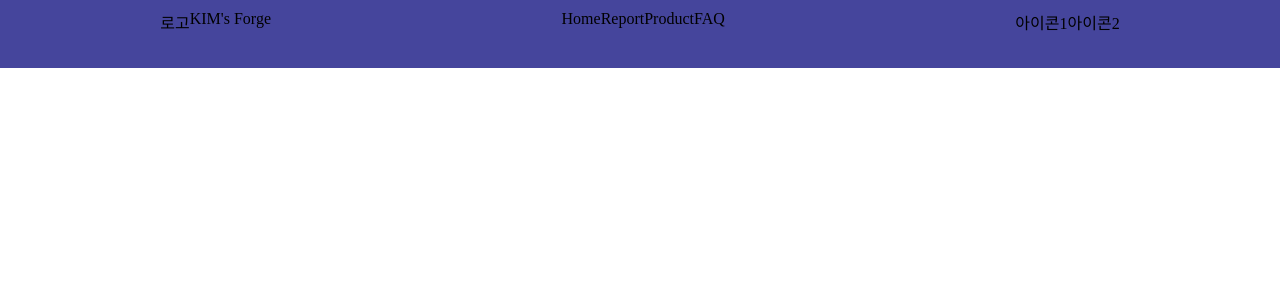
Repository: rlatlswo135/header_project
Page: header.html
These files come from the project's save history. The page is drawn as it stood at one moment and after the next save; the edit follows.
The browser window is 1280 px wide. The pictures show the whole page.
Some web libraries are served in a nearby version.

Above is the page before, as saved 2021-05-30 21:12:16.

### header.html
<!DOCTYPE html>
<html>
    <head>
        <link rel="stylesheet" href="header.css"/>
    </head>
    <body>
        <div class="header_container">
            <div class="header_logobox">
                <div>로고</div>
                <div>KIM's Forge</div>
            </div>
            <div class="header_menubox">
                <ul class="header_menu">
                    <li>Home</li>
                    <li>Report</li>
                    <li>Product</li>
                    <li>FAQ</li>
                </ul>
            </div>
            <div class="header_iconbox">
                <div>아이콘1</div>
                <div>아이콘2</div>
            </div>
        </div>
        <script src="header.js"></script>
        <script src="https://kit.fontawesome.com/cd0a52d46f.js" crossorigin="anonymous"></script>
    </body>
</html>

### header.css
* {
  margin: 0px;
  padding: 0px;
}
:root {
  --background-color: rgb(69, 69, 156);
  --text-color: gold;
}

.header_container {
  display: flex;
  justify-content: space-around;
  background-color: rgb(69, 69, 156);
  height: 3em;
  padding: 10px 15px;
}

.header_logobox {
  display: flex;
}
.header_menu {
  display: flex;
  list-style: none;
}
.header_iconbox {
  display: flex;
}

Loaded but not shown: header.js (no copy from this time; the picture is the same without it)

After the next save:
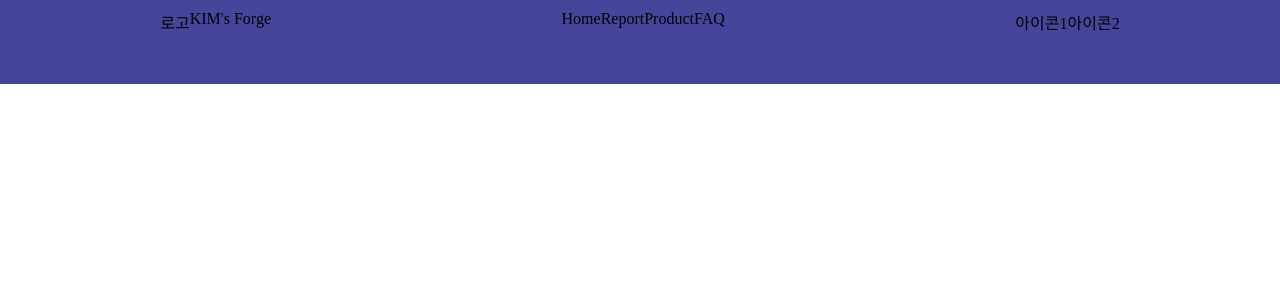
Saved 5 s later.
--- a/header.css
+++ b/header.css
@@ -11,7 +11,7 @@
   display: flex;
   justify-content: space-around;
   background-color: rgb(69, 69, 156);
-  height: 3em;
+  height: 4em;
   padding: 10px 15px;
 }
 
